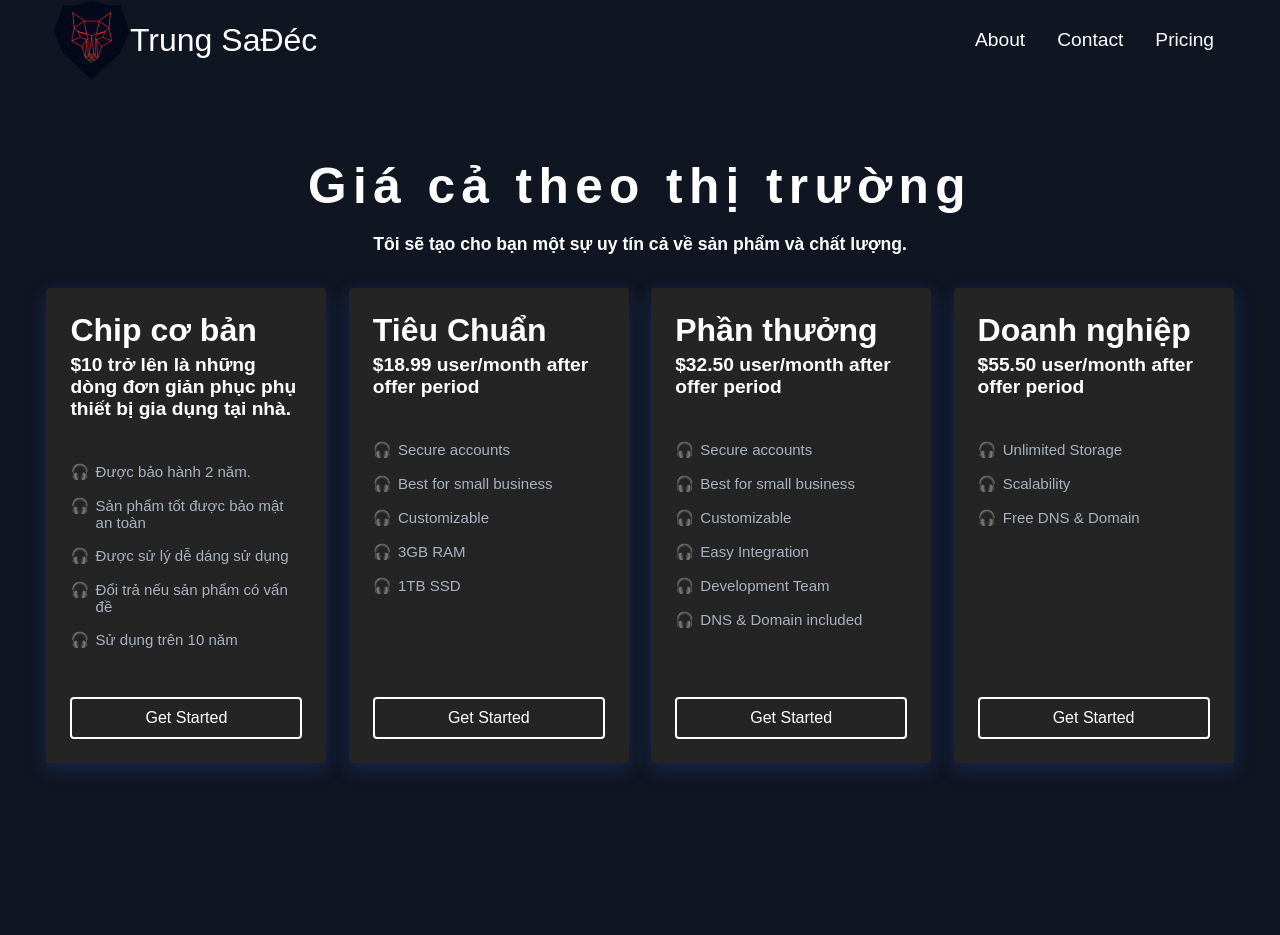
Repository: fdhhhdjd/Profile-Gift-B_H_Q_Trung
Page: /pricing
The author's editor kept a copy of each file at every save. The page is drawn from the files as they stood at one save, then again after the next save.
The browser window is 1280 px wide. The pictures show the whole page.
The project was rebuilt for these pictures with package versions that can differ from the ones it lists, and the page was loaded fresh each time. Also part of the build but not shown: src/App.css, src/Pages/Home.js, src/Styles/HeroStyles.js, src/Components/Hero.js. Imported but missing from the stored project, and not drawn on this page: src/Pages/SignUpPage.

Above is the page before, as saved 2021-10-28 17:00:22.

After the next save:
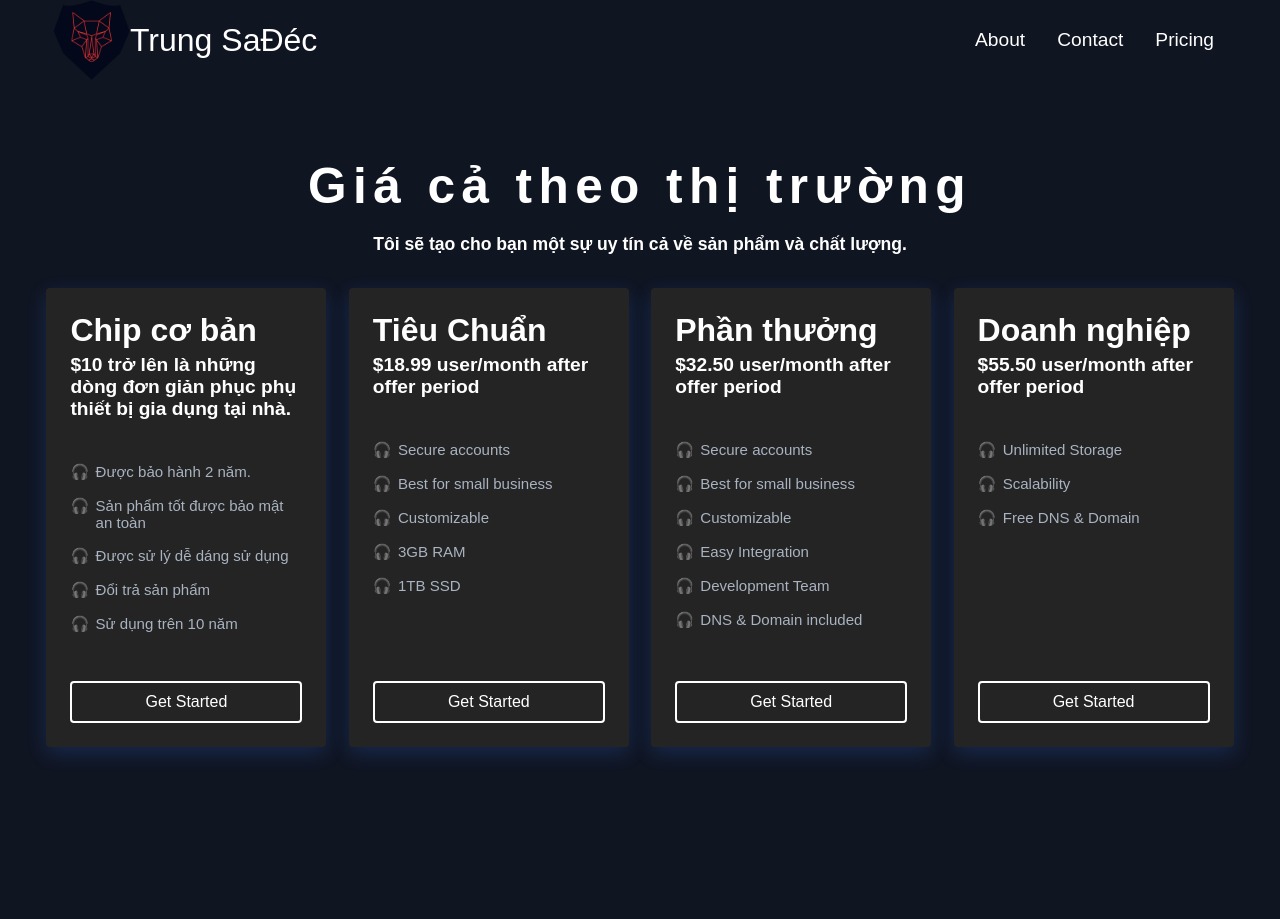
Saved 18 s later.
--- a/src/Data/PricingData.js
+++ b/src/Data/PricingData.js
@@ -7,7 +7,7 @@ export const pricingData = [
       "Được bảo hành 2 năm.",
       "Sản phẩm tốt được bảo mật an toàn",
       "Được sử lý dễ dáng sử dụng",
-      "Đổi trả nếu sản phẩm có vấn đề",
+      "Đổi trả sản phẩm",
       "Sử dụng trên 10 năm",
     ],
   },
